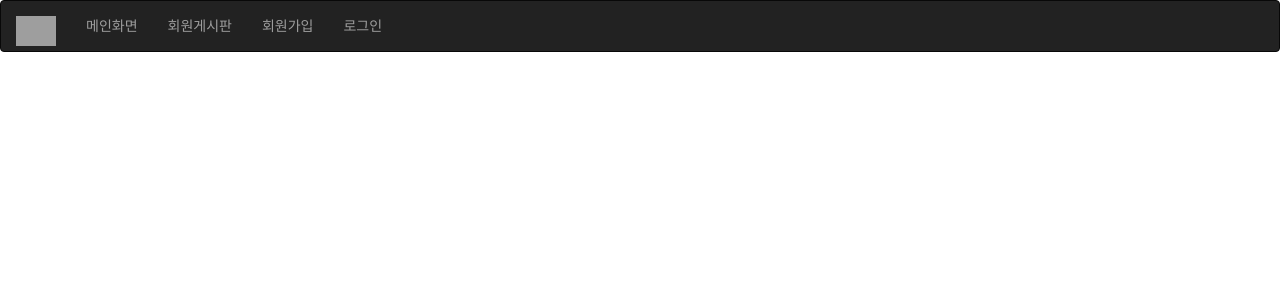
Repository: seonminpark100/CodeCampus
Page: http://localhost/BulletinBoard/Common/Link.jsp
These files come from the project's save history. The page is drawn as it stood at one moment and after the next save; the edit follows.
The browser window is 1280 px wide. The pictures show the whole page.
Pictures or frames that could not be fetched are drawn as grey boxes. The page is served by Tomcat 10. Other server files are loaded and not shown.

Above is the page before, as saved 2025-05-24 05:10:29.

### BulletinBoard/src/main/webapp/Common/Link.jsp
<%@ page language="java" contentType="text/html; charset=UTF-8"
    pageEncoding="UTF-8"%>
<!DOCTYPE html>
<html>
	<head>
		<meta charset="UTF-8">
		<title>메인페이지</title>
		<!-- bootstrap  -->
		<!-- bootstrap CSS만 유지 -->
		<link rel="stylesheet" href="https://maxcdn.bootstrapcdn.com/bootstrap/3.4.1/css/bootstrap.min.css">

	    <style type="text/css">
	    	th{text-align: center;}
	    </style>
	</head>
	<body>
		<nav class="navbar navbar-inverse">
            <div class="navbar-header">
                <a class="navbar-brand" href="#">
                  <img src="../images/logo.png" alt="" style="height: 30px;">
                </a>
            </div>
            <div class="container">
                <div class="btn-group">
                    <ul class="nav navbar-nav">
                        <li><a href="../mvcboard/default.do">메인화면</a></li>
                        <li><a href="../mvcboard/list.do">회원게시판</a></li>
                        <li >
                        <% if(session.getAttribute("id") == null) {%>
                            <a href="../mvcboard/signup.do">회원가입</a>
                            <% } %>
                        </li>
                        <!-- <li><a href="../mvcboard/signup.do">회원가입</a></li> -->
                        <li><a href="../mvcboard/login.do">로그인</a></li>
                    </ul>
                </div>
            </div>
        </nav>
	</body>
</html>

After the next save:
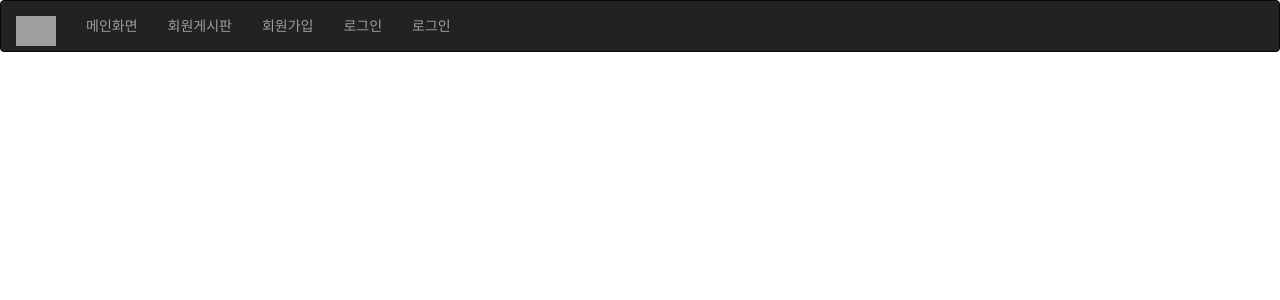
Saved 49 s later.
--- a/BulletinBoard/src/main/webapp/Common/Link.jsp
+++ b/BulletinBoard/src/main/webapp/Common/Link.jsp
@@ -31,6 +31,18 @@
                             <% } %>
                         </li>
                         <!-- <li><a href="../mvcboard/signup.do">회원가입</a></li> -->
+                        <li>
+                        <% if (session.getAttribute("id") == null) { %>
+                            <a href="../mvcboard/login.do">로그인</a>
+                        <% } else { %>
+                            <a href="../00Board/Logout.jsp">로그아웃</a>
+                            <li>
+                            <a href="../00Board/MyPage.jsp">마이페이지</a>
+                            </li>
+                        <% } %>
+                        </li>
+
+
                         <li><a href="../mvcboard/login.do">로그인</a></li>
                     </ul>
                 </div>

After the 3 saves that followed:
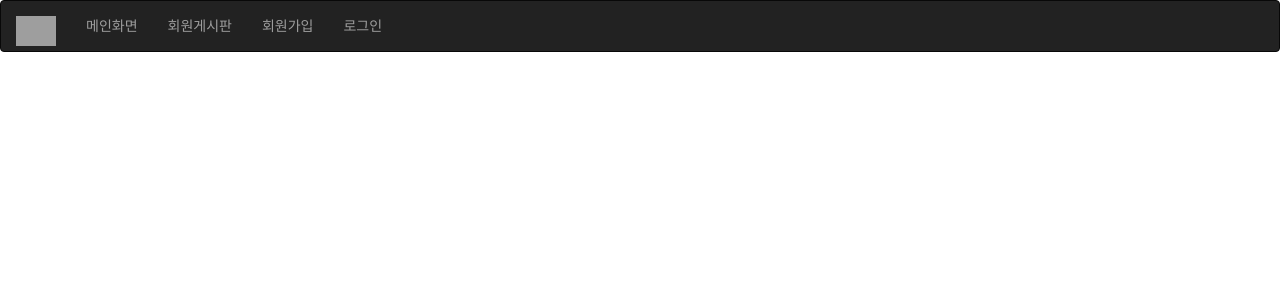
The 3 saves are shown as one change because 2 left the picture as it was.
The last was saved 21 s later.
--- a/BulletinBoard/src/main/webapp/Common/Link.jsp
+++ b/BulletinBoard/src/main/webapp/Common/Link.jsp
@@ -35,15 +35,12 @@
                         <% if (session.getAttribute("id") == null) { %>
                             <a href="../mvcboard/login.do">로그인</a>
                         <% } else { %>
-                            <a href="../00Board/Logout.jsp">로그아웃</a>
-                            <li>
-                            <a href="../00Board/MyPage.jsp">마이페이지</a>
-                            </li>
+                            <a href="../mvcboard/logout.do">로그아웃</a>
                         <% } %>
                         </li>
 
 
-                        <li><a href="../mvcboard/login.do">로그인</a></li>
+                        <!-- <li><a href="../mvcboard/login.do">로그인</a></li> -->
                     </ul>
                 </div>
             </div>
